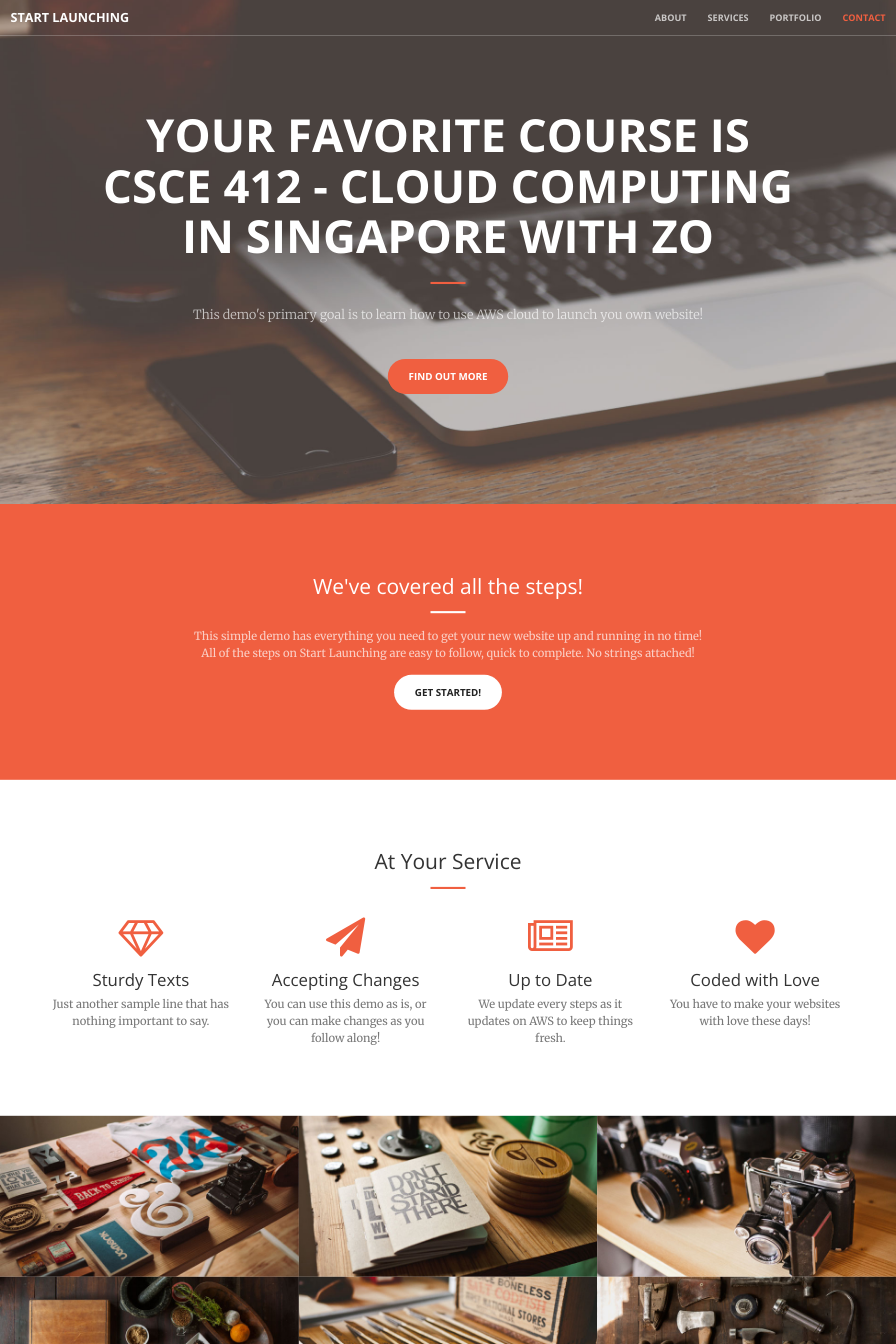
Repository: Alnotha/cs412alyan.me
Page: index.html
An editor plug-in stored every save of this project. The page is shown before and after the next save, followed by the edit.
The browser window is 1280 px wide. The pictures show the part of the page from y = 0 to 1920 px (the page is 2687 px tall), at 70% of full size.

Above is the page before, as saved 2025-01-10 08:20:30.

After the next save:
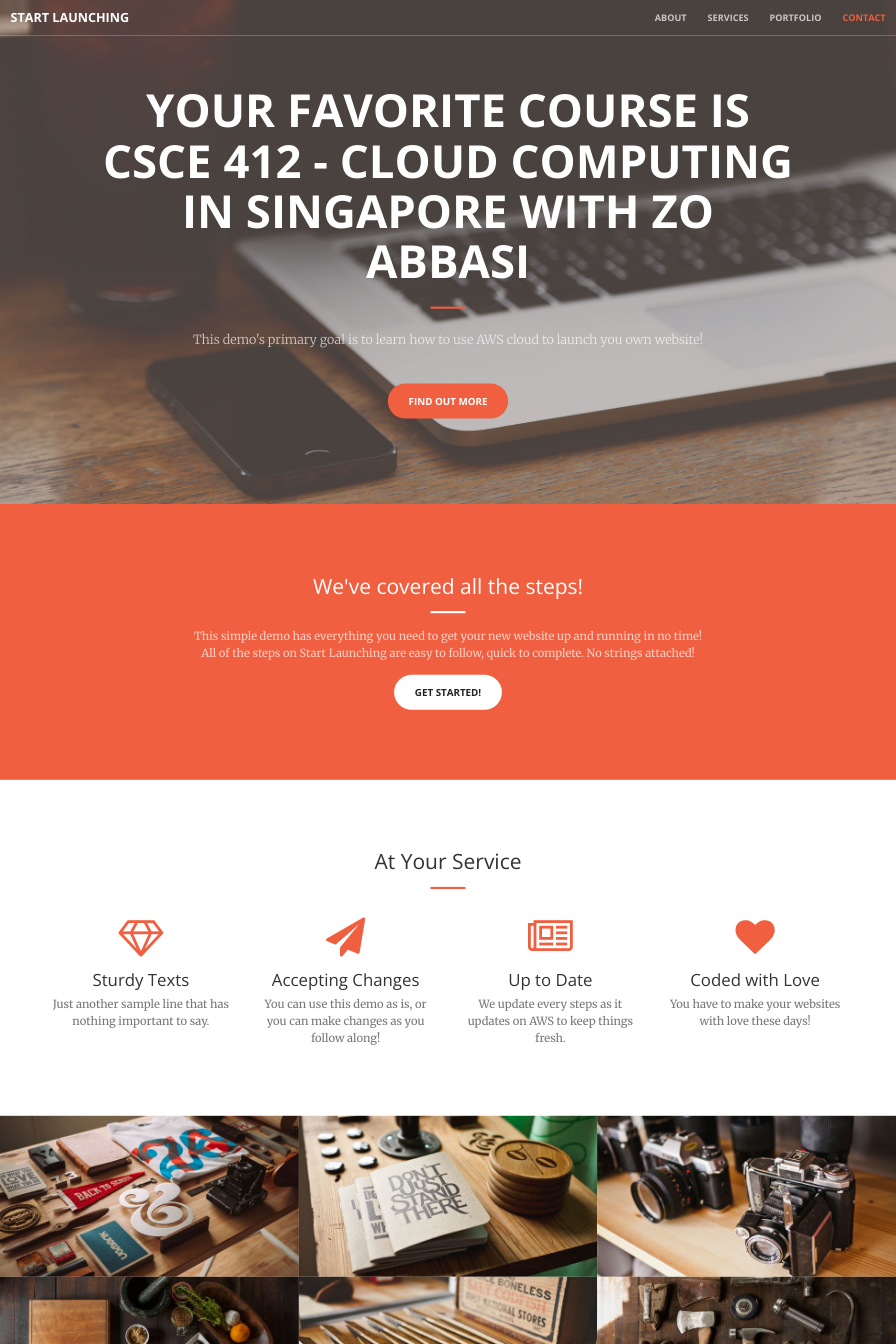
Saved 4 s later.
--- a/index.html
+++ b/index.html
@@ -74,7 +74,7 @@
     <header>
         <div class="header-content">
             <div class="header-content-inner">
-                <h1>Your Favorite Course is CSCE 412 - Cloud Computing in Singapore with Zo </h1>
+                <h1>Your Favorite Course is CSCE 412 - Cloud Computing in Singapore with Zo Abbasi</h1>
                 <hr>
                 <p>This demo's primary goal is to learn how to use AWS cloud to launch you own website!</p>
                 <a href="#about" class="btn btn-primary btn-xl page-scroll">Find Out More</a>
